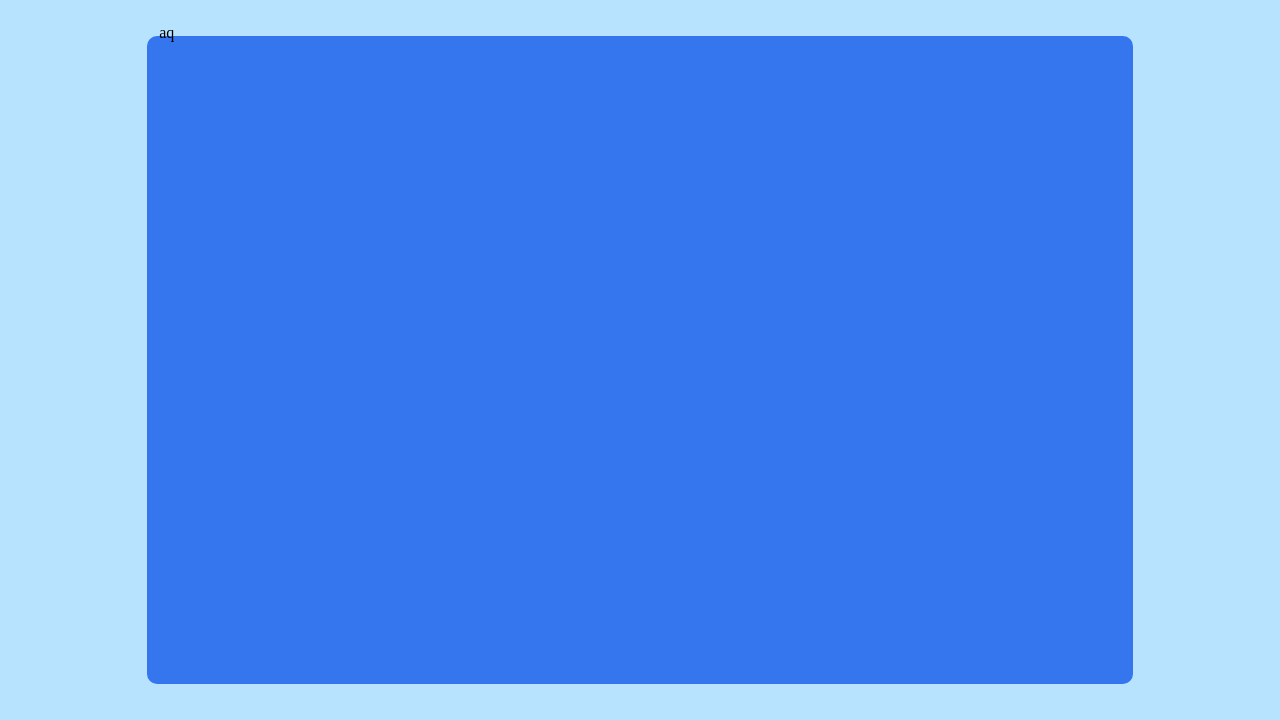
Repository: arafat877/super-chat
Page: /
An editor plug-in stored every save of this project. The page is shown before and after the next save, followed by the edit.
The browser window is 1280 px wide. The pictures show the whole page.
The project was rebuilt for these pictures with package versions that can differ from the ones it lists, and the page was loaded fresh each time. Also part of the build but not shown: src/App.scss.

Above is the page before, as saved 2020-08-05 13:58:48.

After the next save:
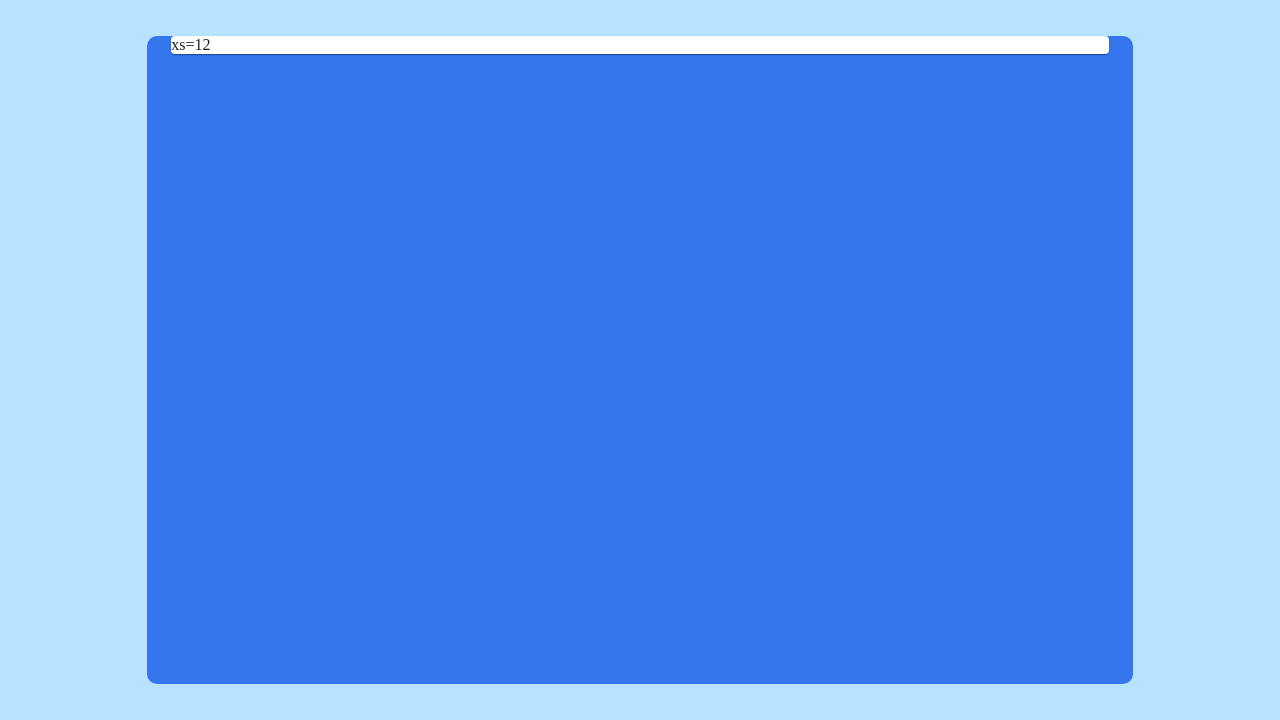
Saved 33 s later.
--- a/src/App.js
+++ b/src/App.js
@@ -1,6 +1,6 @@
 import React from "react";
 import "./App.scss";
-import { Container, Grid } from "@material-ui/core";
+import { Container, Grid, Paper } from "@material-ui/core";
 import { makeStyles } from "@material-ui/core/styles";
 import {
   Message,
@@ -23,7 +23,6 @@ const useStyles = makeStyles((theme) => ({
     height: "90%",
     width: "80%",
     borderRadius: "10px",
-    display: "flex"
   },
 }));
 
@@ -34,7 +33,9 @@ function App() {
     <Container className={classes.container}>
       <Container className={classes.innerContainer}>
         <Grid container spacing={3}>
-          aq
+        <Grid item xs={12}>
+          <Paper className={classes.paper}>xs=12</Paper>
+        </Grid>
         </Grid>
       </Container>
     </Container>
